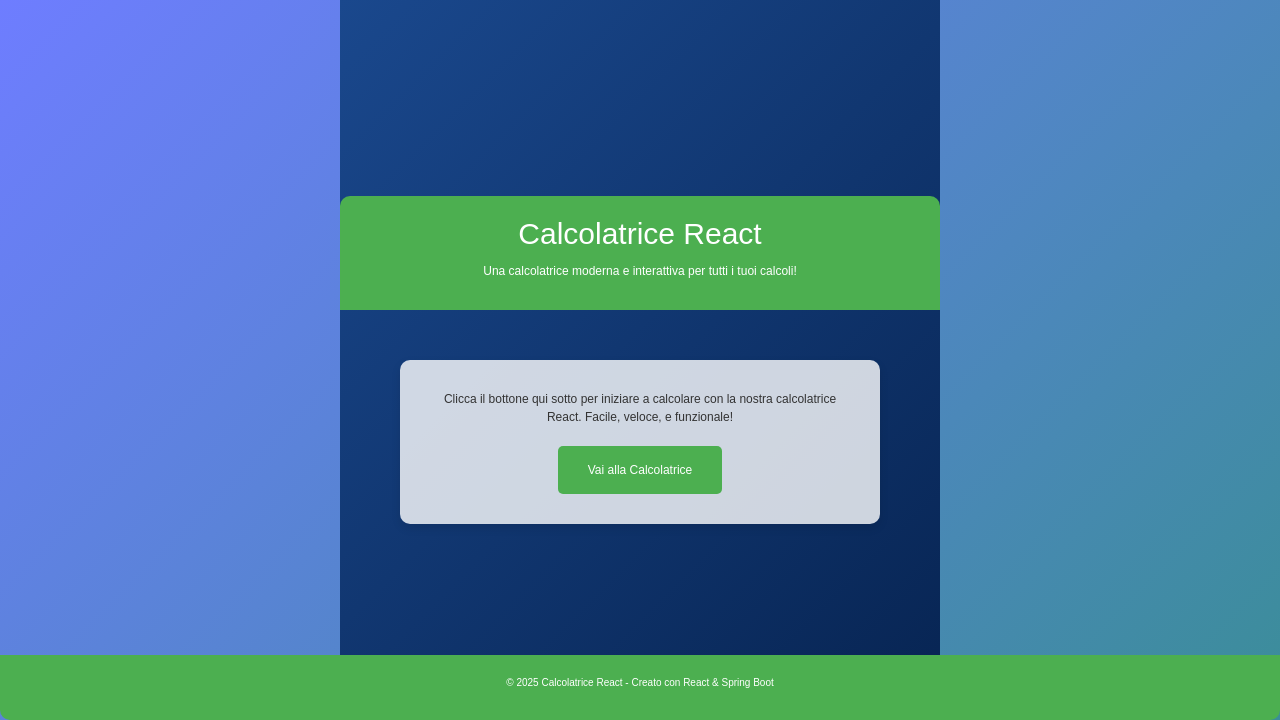
Repository: Probyte5D/Calcolatrice-FullStack
Page: / (app in frontend/)
An editor plug-in stored every save of this project. The page is shown before and after the next save, followed by the edit.
The browser window is 1280 px wide. The pictures show the whole page.
The project was rebuilt for these pictures with package versions that can differ from the ones it lists, and the page was loaded fresh each time. Also part of the build but not shown: frontend/src/App.css, frontend/src/components/Calculator.js.

Above is the page before, as saved 2025-04-19 17:16:29.

### frontend/src/index.js
import React from 'react';
import ReactDOM from 'react-dom/client';
import './index.css';
import App from './App';

import 'bootstrap/dist/css/bootstrap.min.css';


const root = ReactDOM.createRoot(document.getElementById('root'));
root.render(
  <React.StrictMode>
    <App />
  </React.StrictMode>
);

### frontend/src/App.js
import React from 'react';
import { BrowserRouter as Router, Route, Routes } from 'react-router-dom';
import './App.css';
import Calculator from './components/Calculator'; // Assicurati che il percorso sia corretto
import HomePage from './components/HomePage'; // Assicurati che il percorso sia corretto

function App() {
  return (
    <Router>
    <Routes>
      {/* Usando 'element' invece di 'component' */}
      <Route path="/" element={<HomePage />} />
      <Route path="/calculator" element={<Calculator />} />
    </Routes>
  </Router>
  );
}

export default App;

### frontend/src/components/HomePage.js
import React from 'react';
import { useNavigate } from 'react-router-dom';
import './HomePage.css';

function HomePage() {
  const navigate = useNavigate();

  const handleClick = () => {
    navigate('/calculator');  // Navigazione con useNavigate
  };

  return (
    <div className="home-page">
      {/* Header */}
      <header className="header">
        <h1>Calcolatrice React</h1>
        <p>Una calcolatrice moderna e interattiva per tutti i tuoi calcoli!</p>
      </header>

      {/* Corpo della homepage */}
      <div className="content">
        <p>
          Clicca il bottone qui sotto per iniziare a calcolare con la nostra calcolatrice React.
          Facile, veloce, e funzionale!
        </p>
        <button onClick={handleClick} className="btn-go-to-calculator">
          Vai alla Calcolatrice
        </button>
      </div>

      {/* Footer (Opzionale) */}
      <footer className="footer">
        <p>&copy; 2025 Calcolatrice React - Creato con React & Spring Boot</p>
      </footer>
    </div>
  );
}

export default HomePage;

### frontend/src/components/Calculator.css
/* Calculator.css */

html{
  font-size: 62.5%;
}
/* Impostiamo il layout e centriamo la calcolatrice */
body, html {
  height: 100%;
  margin: 0;
  display: flex;
  justify-content: center; /* Centra orizzontalmente */
  align-items: center;     /* Centra verticalmente */
  background: linear-gradient(135deg, #6e7dff, #3b8d99); /* Gradiente di sfondo */
}
/* Stile principale della calcolatrice */
.calculator {
  background-color: #2d2d2d; /* Sfondo scuro */
  border-radius: 10px;
  padding: 20px;
  box-shadow: 0 4px 10px rgba(0, 0, 0, 0.3);
}

/* Colore del display (campo di input) */
.calculator input {
  background-color: #1e1e1e;
  color: #fff;
  font-size: 2rem;
  border: none;
  border-radius: 5px;
  padding: 10px;
  text-align: right;
}

/* Stile per i pulsanti */
.btn {
  font-size: 1.2rem;
  font-weight: bold;
  border-radius: 5px;
  transition: all 0.3s ease;
}

.btn-light {
  background-color: #3a3a3a;
  color: #fff;
}

.btn-light:hover {
  background-color: #575757;
}

.btn-warning {
  background-color: #f39c12;
  color: #fff;
}

.btn-warning:hover {
  background-color: #e67e22;
}

.btn-danger {
  background-color: #e74c3c;
  color: #fff;
}

.btn-danger:hover {
  background-color: #c0392b;
}

.btn-success {
  background-color: #2ecc71;
  color: #fff;
}

.btn-success:hover {
  background-color: #27ae60;
}

/* Layout dei tasti con uno spazio tra di loro */
.d-grid {
  gap: 10px;
}

/* Pulsanti di numeri e operatori */
.d-flex button {
  width: 60px;
  height: 60px;
  font-size: 1.5rem;
  border-radius: 8px;
  border: 2px solid transparent;
}

.d-flex button:active {
  transform: scale(0.95);
}

/* Colore dell'errore */
.alert-danger {
  background-color: #e74c3c;
  color: #fff;
  font-weight: bold;
}

/* Effetto hover sui tasti */
.d-flex button:hover {
  transform: scale(1.1);
  box-shadow: 0 2px 5px rgba(0, 0, 0, 0.2);
}

### frontend/src/components/HomePage.css
/* HomePage.css */

/* Impostazioni di base */
.home-page {
  font-family: 'Arial', sans-serif;
  background: linear-gradient(135deg, #1a488d, #072452);
  min-height: 100vh;
  display: flex;
  flex-direction: column;
  justify-content: center;
  align-items: center;
  text-align: center;
  color: #333;
}

/* Stile dell'header */
.header {
  background-color: #4CAF50;
  color: white;
  width: 100%;
  padding: 20px 0;
  border-radius: 10px 10px 0 0;
}

.header h1 {
  font-size: 3em;
  margin: 0;
}

.header p {
  font-size: 1.2em;
  margin-top: 10px;
}

/* Stile del contenuto principale */
.content {
  margin-top: 50px;
  background-color: rgba(255, 255, 255, 0.8);
  padding: 30px;
  border-radius: 10px;
  box-shadow: 0 4px 10px rgba(0, 0, 0, 0.1);
  width: 80%;
  max-width: 600px;
}

.content p {
  font-size: 1.2em;
  margin-bottom: 20px;
}

.btn-go-to-calculator {
  background-color: #4CAF50;
  color: white;
  font-size: 1.2em;
  padding: 15px 30px;
  border: none;
  border-radius: 5px;
  cursor: pointer;
  transition: all 0.3s ease;
}

.btn-go-to-calculator:hover {
  background-color: #45a049;
  transform: scale(1.05);
}

/* Footer (Opzionale) */
.footer {
  margin-top: 50px;
  background-color: #4CAF50;
  color: white;
  padding: 20px 0;
  width: 100%;
  text-align: center;
  border-radius: 0 0 10px 10px;
  position: absolute;
  bottom: 0;
}

/* Per garantire che il contenuto principale non vada sotto il footer */
body {
  display: flex;
  flex-direction: column;
  min-height: 100vh;
}

Loaded but not shown: frontend/public/index.html (common file); frontend/src/index.css (common file)

After the next save:
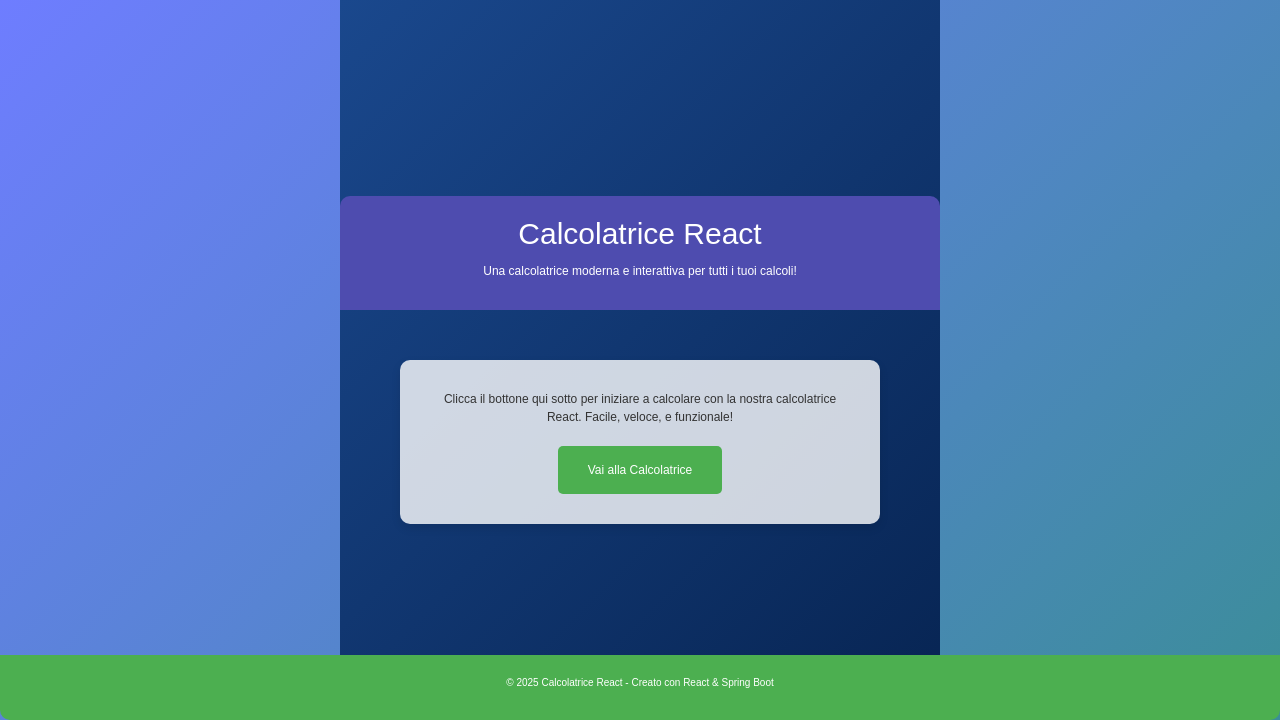
Saved 26 s later.
--- a/frontend/src/components/HomePage.css
+++ b/frontend/src/components/HomePage.css
@@ -15,7 +15,7 @@
 
 /* Stile dell'header */
 .header {
-  background-color: #4CAF50;
+  background-color: #4e4caf;
   color: white;
   width: 100%;
   padding: 20px 0;
